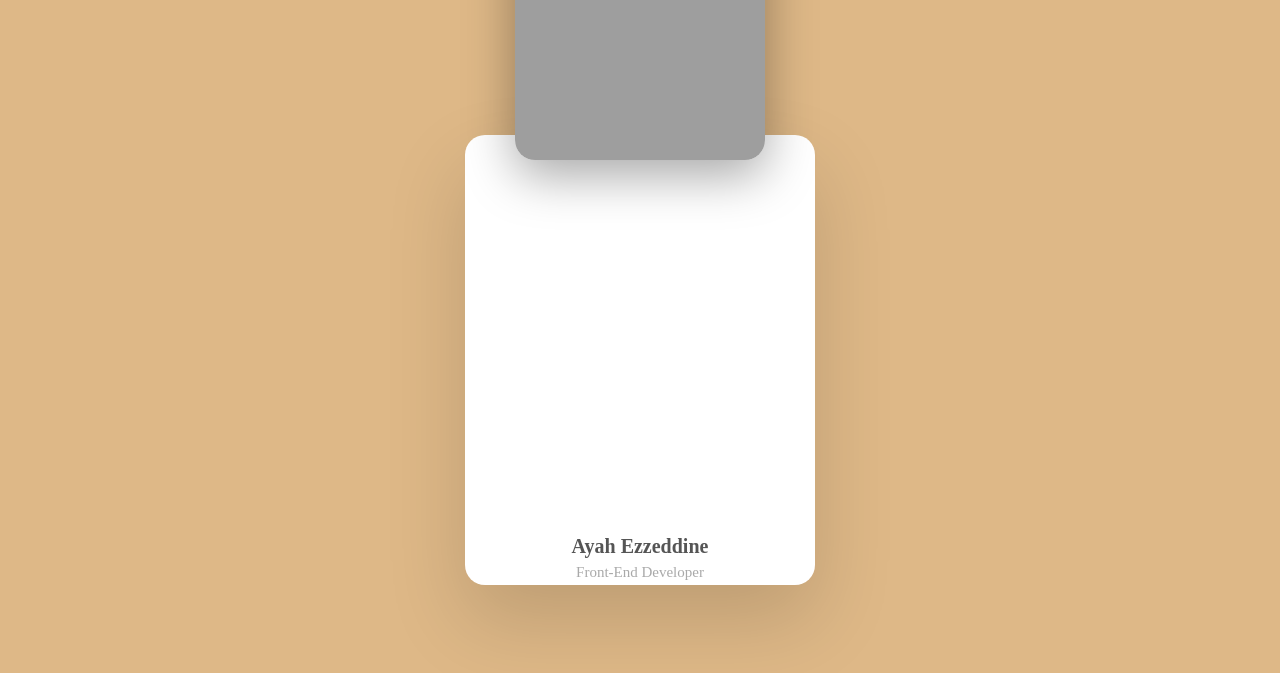
Repository: ayah1996/Github-Profiles
Page: index.html
These files come from the project's save history. The page is drawn as it stood at one moment and after the next save; the edit follows.
The browser window is 1280 px wide. The pictures show the whole page.
The pointer rests on the first visible `.card`.
Pictures or frames that could not be fetched are drawn as grey boxes. The page's requests for data from a server got no answer.

Above is the page before, as saved 2023-01-26 14:23:58.

### index.html
<!DOCTYPE html>
<html lang="en">
  <head>
    <meta charset="UTF-8" />
    <meta http-equiv="X-UA-Compatible" content="IE=edge" />
    <meta name="viewport" content="width=device-width, initial-scale=1.0" />
    <link rel="stylesheet" href="style.css" />
    <script src="script.js" defer></script>
    <title>Github Profile</title>
  </head>
  <body>
    <!-- <form id="form">
      <input type="text" id="search" placeholder="Search A Github User ..." />
    </form> -->
    <main id="main">
      <div class="card">
        <div class="imgBox">
          <img src="unnamed.jpg" alt="profile Image" />
        </div>
        <div class="content">
          <div class="details">
            <h2>Ayah Ezzeddine <br /><span> Front-End Developer </span></h2>
            <div class="data">
              <h3>342<br /><span>Followers</span></h3>
              <h3>342<br /><span>Following</span></h3>
              <h3>100<br /><span>Repos</span></h3>
            </div>
          </div>
        </div>
      </div>
    </main>
  </body>
</html>

### style.css
* {
  box-sizing: border-box;
}

body {
  margin: 0;
}

#main {
  display: flex;
  justify-content: center;
  align-items: center;
  min-height: 100vh;
  background-color: burlywood;
}

.card {
  position: relative;
  width: 350px;
  /* height: 190px; */
  height: 450px;
  background-color: #fff;
  border-radius: 20px;
  box-shadow: 0 35px 80px rgba(0, 0, 0, 0.15);
  transition: 0.5s;
}

.card:hover {
  height: 450px;
}

.imgBox {
  position: absolute;
  left: 50%;
  top: -50%;
  transform: translateX(-50%);
  width: 150px;
  height: 150px;
  background-color: #fff;
  border-radius: 20px;
  box-shadow: 0 15px 50px rgba(0, 0, 0, 0.35);
  overflow: hidden;
  transition: 0.5s;
}
.card:hover .imgBox {
  width: 250px;
  height: 250px;
}
.imgBox img {
  position: absolute;
  top: 0;
  left: 0;
  width: 100%;
  height: 100%;
  -o-object-fit: cover;
  object-fit: cover;
}

.card .content {
  position: absolute;
  width: 100%;
  height: 100%;
  display: flex;
  justify-content: center;
  align-items: flex-end;
  overflow: hidden;
}

.card .details {
  width: 100%;
  padding: 40px;
  text-align: center;
  transition: 0.5s;
  transform: translateY(150px);
}

.card .details h2 {
  font-size: 1.25em;
  font-weight: 600;
  color: #555;
  line-height: 1.2em;
}

.card .details h2 span {
  font-size: 0.75em;
  font-weight: 500;
  opacity: 0.5;
}

.card .details .data {
  display: flex;
  justify-content: space-between;
  margin: 20px 0;
}

.card .details .data h3 {
  font-size: 1em;
  color: #555;
  line-height: 1.2em;
  font-weight: 600;
}
.card .details .data h3 span {
  font-size: 0.85em;
  font-weight: 400;
  opacity: 0.5;
}

### script.js
const APIURL = "https://api.github.com/users/";

const main = document.getElementById("main");
const form = document.getElementById("form");
const search = document.getElementById("search");

getUser("ayah1996");

async function getUser(username) {
  const response = await fetch(APIURL + username);
  const data = await response.json();

  createUserCard(data);
  getRepos(username);
}

async function getRepos(username) {
  const response = await fetch(APIURL + username + "/repos");
  const data = await response.json();

  addReposToCard(data);
}

function createUserCard(user) {
  const cardHTML = ``;
}

After the next save:
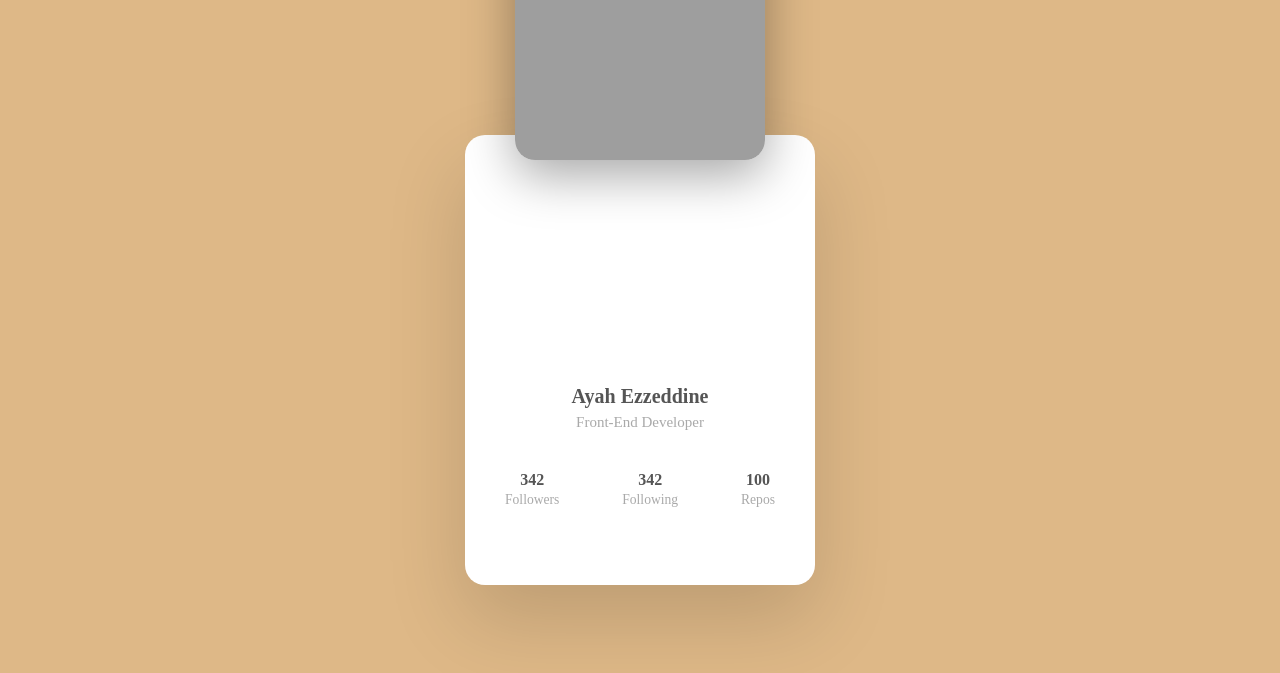
Saved 72 s later.
--- a/style.css
+++ b/style.css
@@ -74,6 +74,9 @@ body {
   transform: translateY(150px);
 }
 
+.card:hover .details {
+  transform: translateY(0px);
+}
 .card .details h2 {
   font-size: 1.25em;
   font-weight: 600;
